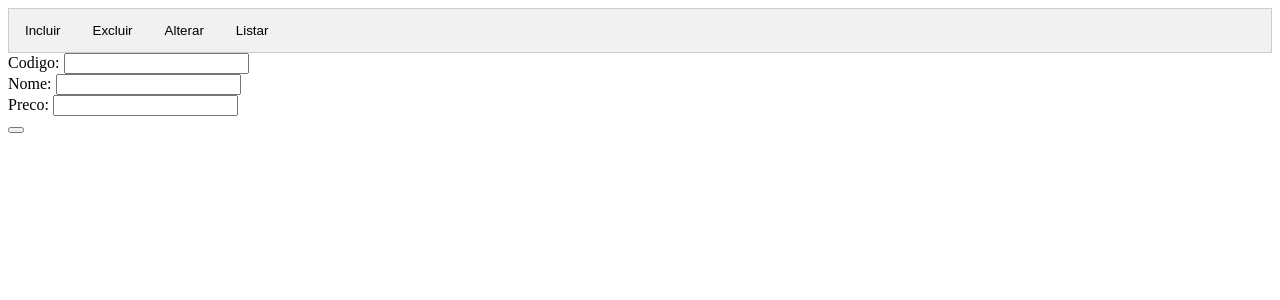
Repository: FelipeCorerato/crud-servlet-java
Page: Livraria/WebContent/Cadastro.html
The author's editor kept a copy of each file at every save. The page is drawn from the files as they stood at one save, then again after the next save.
The browser window is 1280 px wide. The pictures show the whole page.

Above is the page before, as saved 2019-03-26 14:45:01.

### Livraria/WebContent/Cadastro.html
<!DOCTYPE html>
<html>
	<head>
		<meta charset="UTF-8">
		<title>Insert title here</title>
		<script>
			function openCity(evt, cityName) {
			  // Declare all variables
			  var i, tabcontent, tablinks;

			  // Get all elements with class="tabcontent" and hide them
			  tabcontent = document.getElementsByClassName("tabcontent");
			  for (i = 0; i < tabcontent.length; i++) {
			    tabcontent[i].style.display = "none";
			  }

			  // Get all elements with class="tablinks" and remove the class "active"
			  tablinks = document.getElementsByClassName("tablinks");
			  for (i = 0; i < tablinks.length; i++) {
			    tablinks[i].className = tablinks[i].className.replace(" active", "");
			  }

			  // Show the current tab, and add an "active" class to the button that opened the tab
			  document.getElementById(cityName).style.display = "block";
			  evt.currentTarget.className += " active";
			}
		</script>
		<style>
			.tab {
			  overflow: hidden;
			  border: 1px solid #ccc;
			  background-color: #f1f1f1;
			}

			/* Style the buttons that are used to open the tab content */
			.tab button {
			  background-color: inherit;
			  float: left;
			  border: none;
			  outline: none;
			  cursor: pointer;
			  padding: 14px 16px;
			  transition: 0.3s;
			}

			/* Change background color of buttons on hover */
			.tab button:hover {
			  background-color: #ddd;
			}

			/* Create an active/current tablink class */
			.tab button.active {
			  background-color: #ccc;
			}

			/* Style the tab content */
			.tabcontent {
			  display: none;
			  padding: 6px 12px;
			  border: 1px solid #ccc;
			  border-top: none;
			}
		</style>
	</head>
	<body>
		<div class="tab">
			<button class="tablinks" onclick="openCity(event, 'Incluir')">Incluir</button>
		  	<button class="tablinks" onclick="openCity(event, 'Excluir')">Excluir</button>
		  	<button class="tablinks" onclick="openCity(event, 'Alterar')">Alterar</button>
		  	<button class="tablinks" onclick="openCity(event, 'Listar')">Listar</button>
		</div>

		<!-- Tab content -->
		<div id="Incluir" class="tabcontent">
		 	<h3>Incluir</h3>
		  	<p>London is the capital city of England.</p>
		</div>

		<div id="Excluir" class="tabcontent">
		  	<h3>Excluir</h3>
		  	<p>Paris is the capital of France.</p>
		</div>

		<div id="Alterar" class="tabcontent">
		  	<h3>Alterar</h3>
		  	<p>Tokyo is the capital of Japan.</p>
		</div>

		<div id="Listar" class="tabcontent">
		  	<h3>Listar</h3>
		  	<p>Tokyo is the capital of Japan.</p>
		</div>

		<form method="GET" action="Cadastro">
			Codigo:
			<input type="text" id="codigo" name="codigo">
            <br>
			Nome:
			<input type="text" id="nome" name="nome">
            <br>
            Preco:
			<input type="text" id="preco" name="preco">
            <br>
            <button type="submit"></button>
		</form>
	</body>
</html>

After the next save:
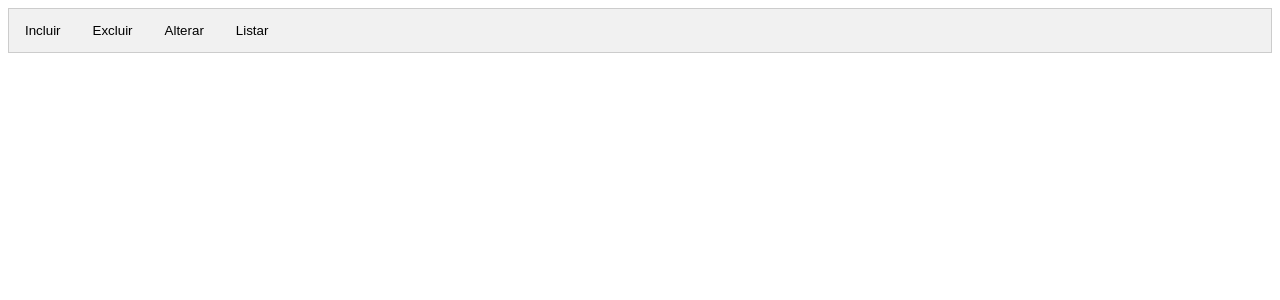
Saved 2 min 27 s later.
--- a/Livraria/WebContent/Cadastro.html
+++ b/Livraria/WebContent/Cadastro.html
@@ -73,7 +73,18 @@
 		<!-- Tab content -->
 		<div id="Incluir" class="tabcontent">
 		 	<h3>Incluir</h3>
-		  	<p>London is the capital city of England.</p>
+			<form method="GET" action="Cadastro">
+				Codigo:
+				<input type="text" id="codigo" name="codigo">
+	            <br>
+				Nome:
+				<input type="text" id="nome" name="nome">
+	            <br>
+	            Preco:
+				<input type="text" id="preco" name="preco">
+	            <br>
+	            <button type="submit"></button>
+			</form>
 		</div>
 
 		<div id="Excluir" class="tabcontent">
@@ -91,17 +102,5 @@
 		  	<p>Tokyo is the capital of Japan.</p>
 		</div>
 
-		<form method="GET" action="Cadastro">
-			Codigo:
-			<input type="text" id="codigo" name="codigo">
-            <br>
-			Nome:
-			<input type="text" id="nome" name="nome">
-            <br>
-            Preco:
-			<input type="text" id="preco" name="preco">
-            <br>
-            <button type="submit"></button>
-		</form>
 	</body>
 </html>
